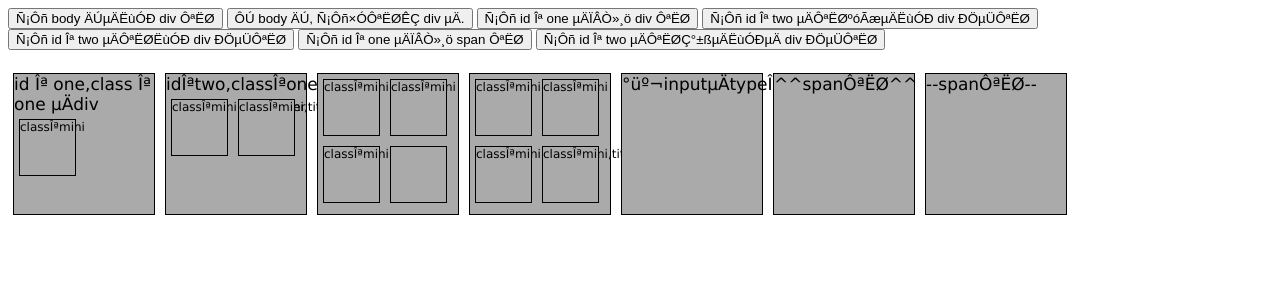
Repository: smilebingbing/java
Page: day_1/WebContent/jquery3.html
These files come from the project's save history. The page is drawn as it stood at one moment and after the next save; the edit follows.
The browser window is 1280 px wide. The pictures show the whole page.
After loading, the first visible `#btn1` was clicked once.

Above is the page before, as saved 2016-10-15 07:26:45.

After the next save:
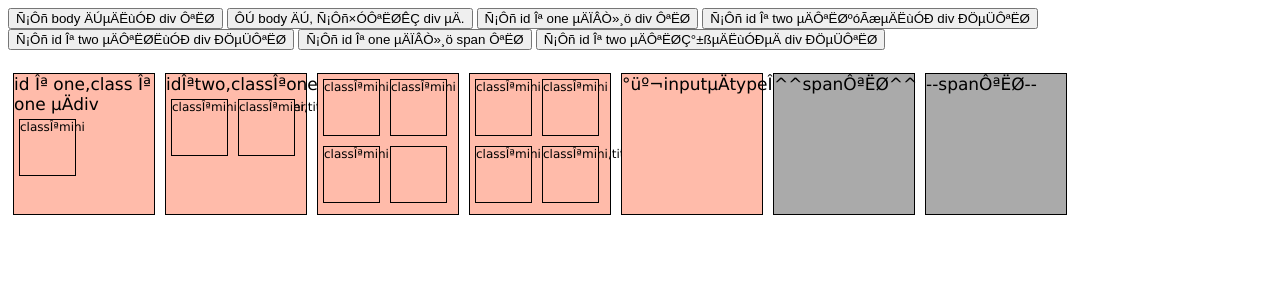
Saved 7 min 32 s later.
--- a/day_1/WebContent/jquery3.html
+++ b/day_1/WebContent/jquery3.html
@@ -34,6 +34,24 @@
 	$(function(){
 
 		$("#btn1").click(function(){
+			$("body div").css("background","#ffbbaa");
+		});
+		$("#btn2").click(function(){
+			$("none").css("background","#ffbbaa");
+		});
+		$("#btn3").click(function(){
+			$("none").css("background","#ffbbaa");
+		});
+		$("#btn4").click(function(){
+			$("none").css("background","#ffbbaa");
+		});
+		$("#btn5").click(function(){
+			$("none").css("background","#ffbbaa");
+		});
+		$("#btn6").click(function(){
+			$("none").css("background","#ffbbaa");
+		});
+		$("#btn7").click(function(){
 			$("none").css("background","#ffbbaa");
 		});
 	})
